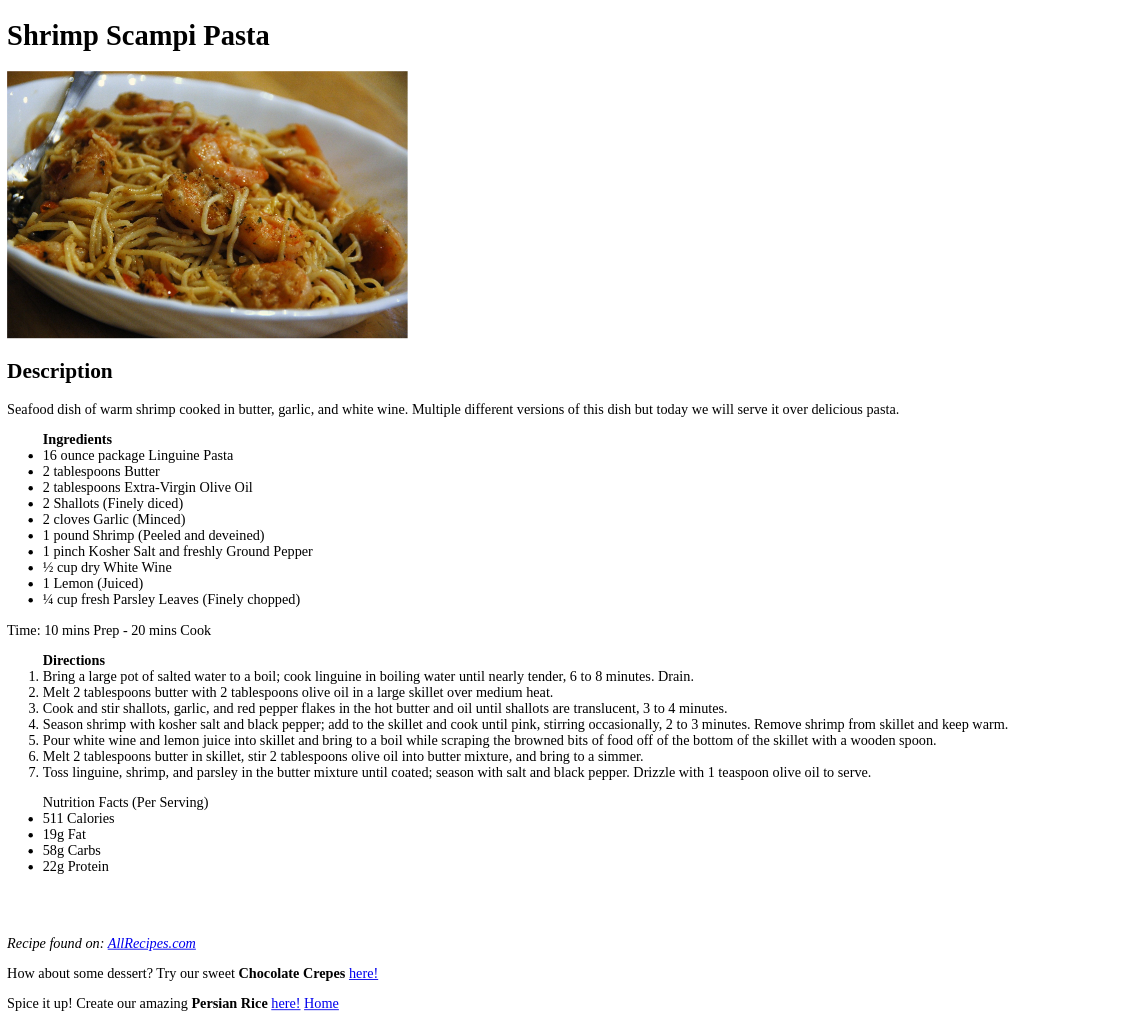
Repository: Mervens/odin-recipes
Page: recipes/pasta.html
These files come from the project's save history. The page is drawn as it stood at one moment and after the next save; the edit follows.
The browser window is 1280 px wide. The pictures show the whole page, at 89% of full size.

Above is the page before, as saved 2025-06-18 13:00:25.

After the next save:
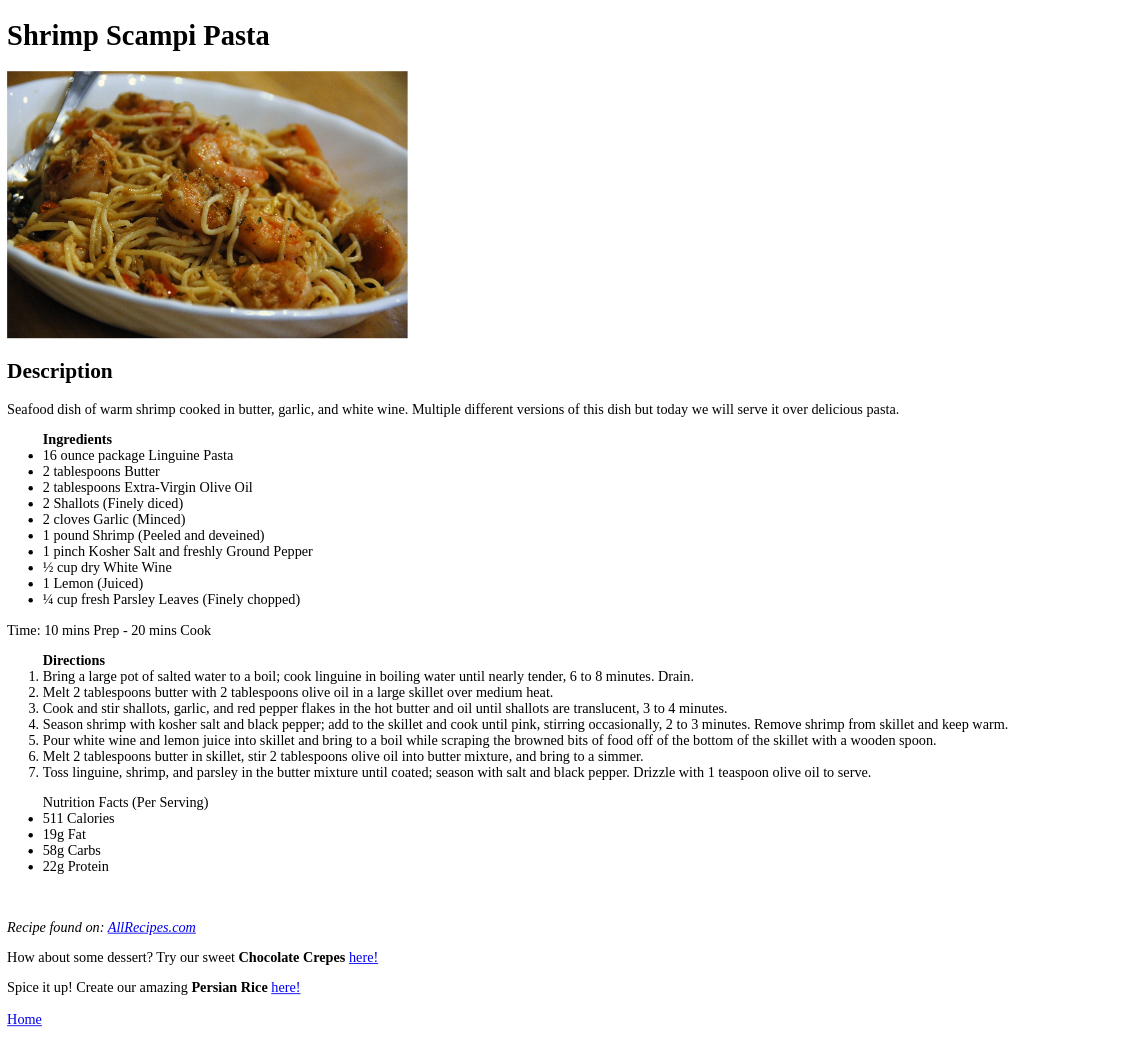
Saved 57 s later.
--- a/recipes/pasta.html
+++ b/recipes/pasta.html
@@ -54,7 +54,6 @@
         <li>22g Protein</li>
     </ul>
     <br>
-    <br>
 
     <p><em>Recipe found on:
             <a href="https://www.allrecipes.com/recipe/229960/shrimp-scampi-with-pasta/" target="_blank"
@@ -63,7 +62,9 @@
     </a>
     <p>How about some dessert? Try our sweet <strong>Chocolate Crepes </strong><a href="../recipes/crepe.html">here!</a>
     </p>
-    <p>Spice it up! Create our amazing <strong>Persian Rice </strong><a href="../recipes/persian-rice.html">here!</a>
+    <p>Spice it up! Create our amazing <strong>Persian Rice </strong><a
+            href="../recipes/persian-rice.html">here!</a><br>
+        <br>
         <a href="../index.html">Home</a>
 
 </body>
